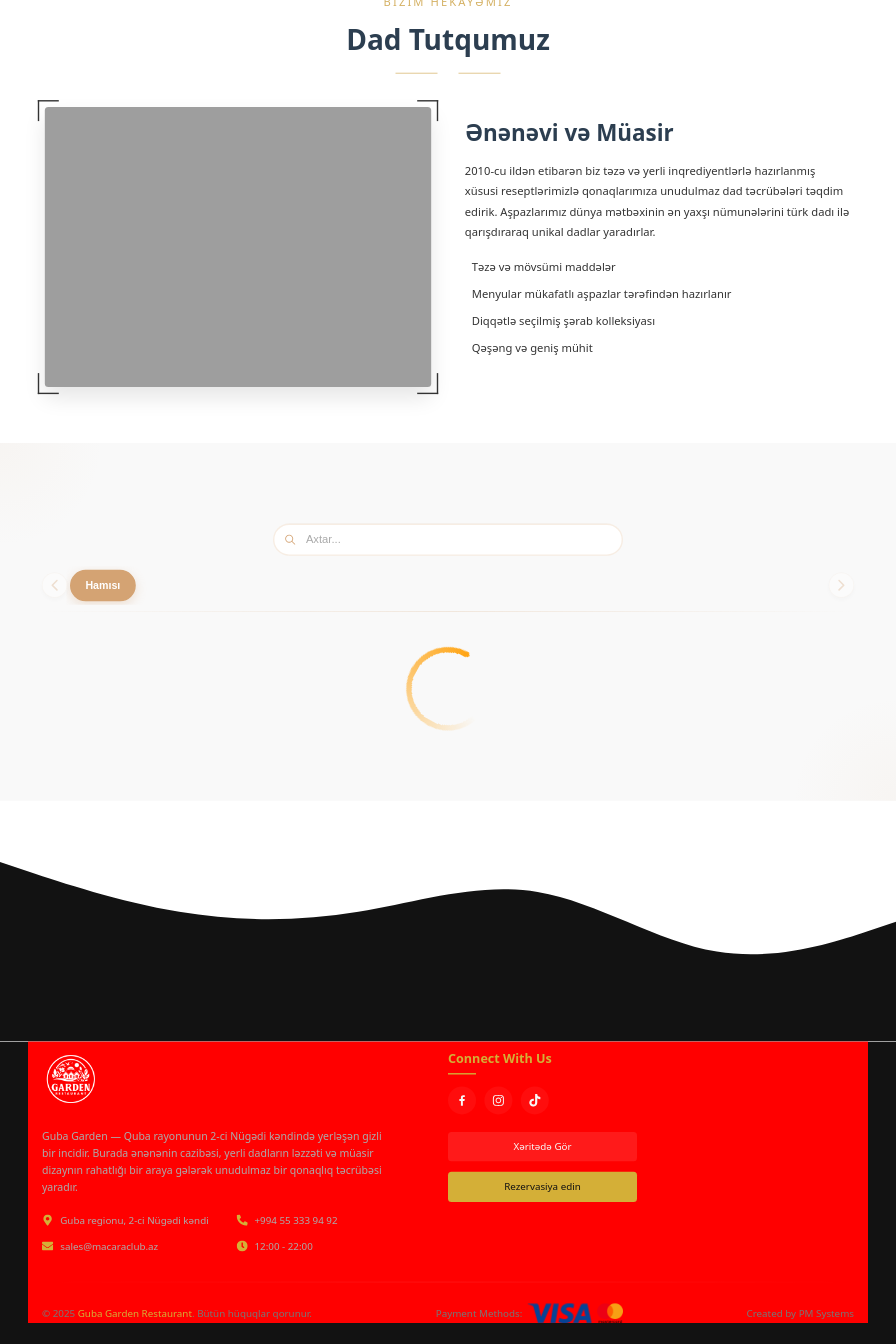
Repository: ferhadsultan98/menu-macara
Page: /
These files come from the project's save history. The page is drawn as it stood at one moment and after the next save; the edit follows.
The browser window is 1280 px wide. The pictures show the part of the page from y = 810 to 2730 px (the page is 2730 px tall before and 2718 px after), at 70% of full size.
Pictures or frames that could not be fetched are drawn as grey boxes. The page's requests for data from a server got no answer. The project was rebuilt for these pictures with package versions that can differ from the ones it lists, and the page was loaded fresh each time. No one was signed in, and anything a server would have sent is missing. Also part of the build but not shown: vite.config.js.

Above is the page before, as saved 2025-04-18 14:46:12.

After the next save:
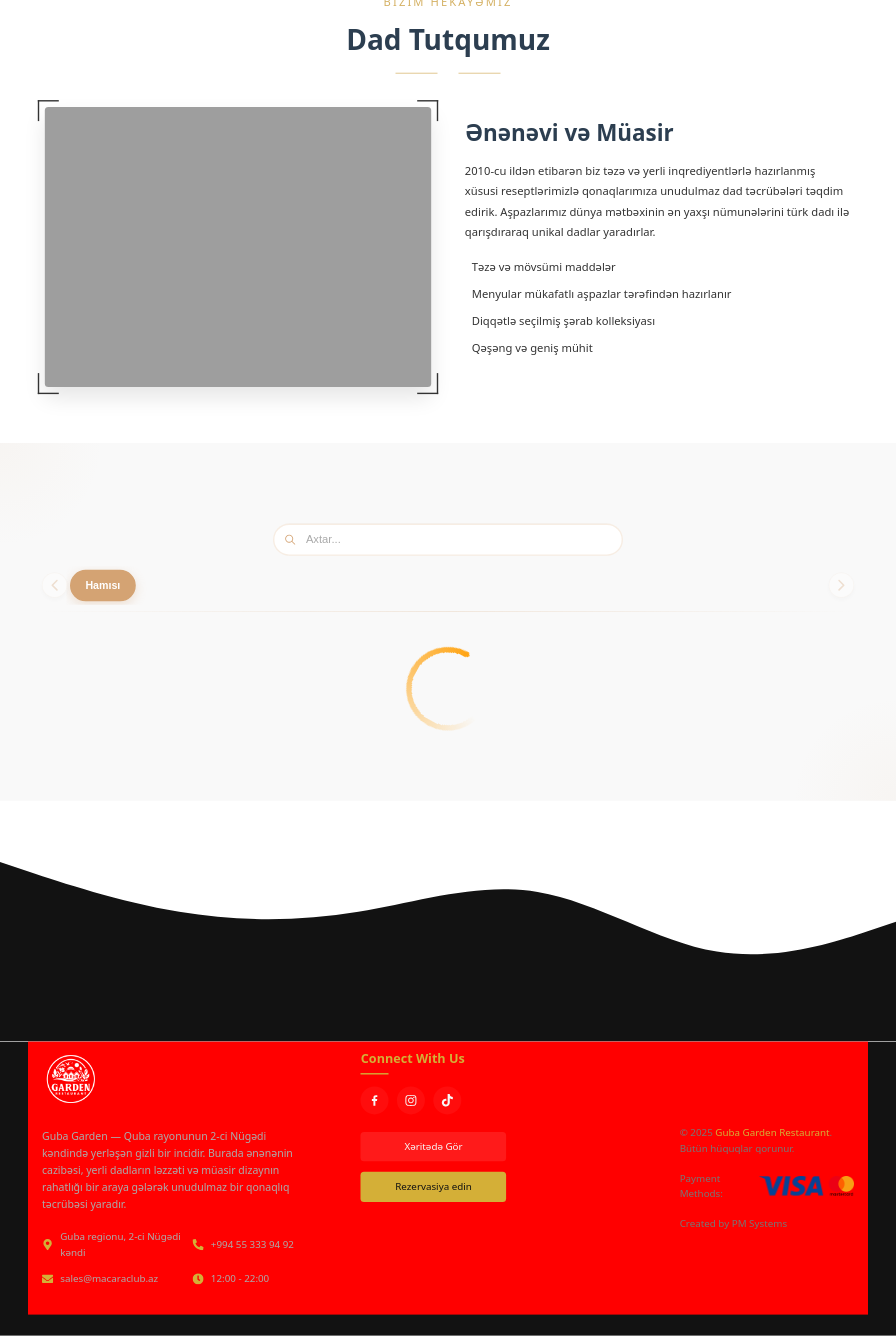
Saved 11 s later.
--- a/src/Components/Common/Footer/Footer.scss
+++ b/src/Components/Common/Footer/Footer.scss
@@ -23,7 +23,9 @@
     margin: 0 auto;
     padding: 0 20px;
     background: red;
-
+    justify-content: center;
+    display: flex;
+    align-items: center;
   }
 
   // Main footer section
@@ -227,7 +229,12 @@
   // Divider
   .footer-divider {
     height: 1px;
-    background: linear-gradient(to right, rgba(255, 255, 255, 0), rgba(255, 255, 255, 0.1), rgba(255, 255, 255, 0));
+    background: linear-gradient(
+      to right,
+      rgba(255, 255, 255, 0),
+      rgba(255, 255, 255, 0.1),
+      rgba(255, 255, 255, 0)
+    );
     margin-bottom: 30px;
   }
 
